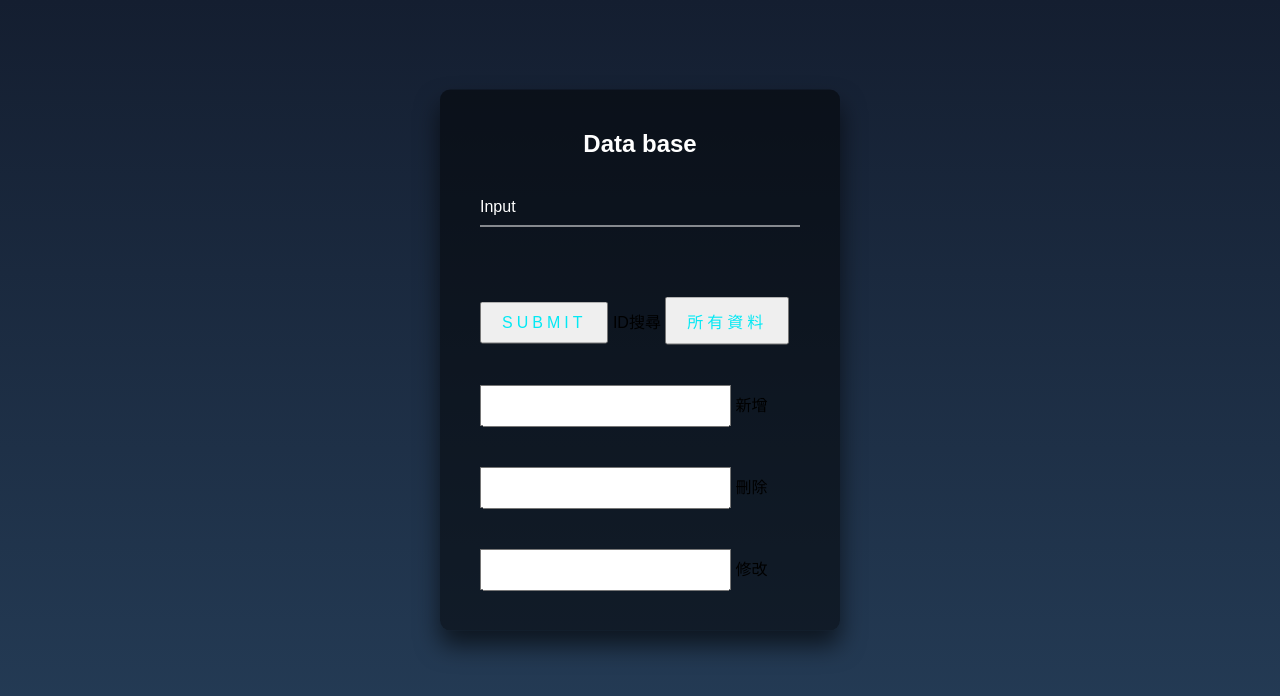
Repository: Ray917x/JaveEEforProject
Page: JSP/src/main/webapp/project/MainPageCSS.html
An editor plug-in stored every save of this project. The page is shown before and after the next save, followed by the edit.
The browser window is 1280 px wide. The pictures show the whole page.

Above is the page before, as saved 2022-09-14 08:19:05.

After the next save:
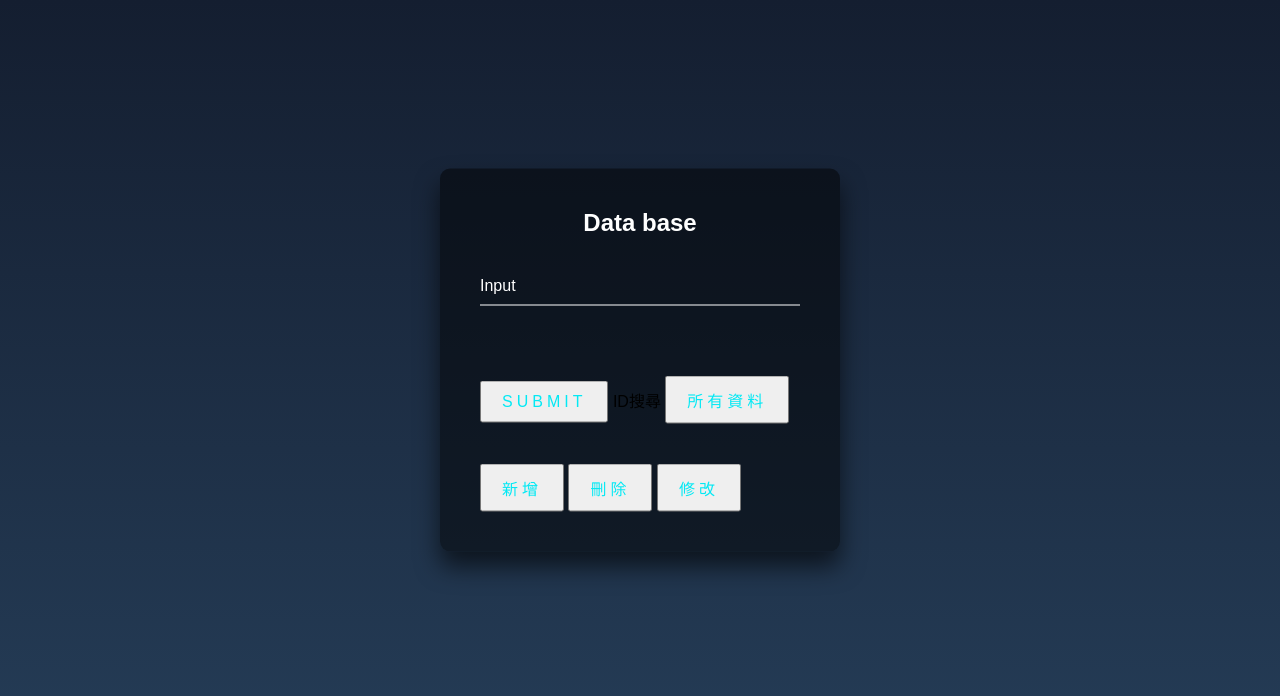
Saved 49 s later.
--- a/JSP/src/main/webapp/project/MainPageCSS.html
+++ b/JSP/src/main/webapp/project/MainPageCSS.html
@@ -228,23 +228,23 @@ bottom
 			<span></span>
 			<span></span> 所有資料</button>
 
-			<input class="button" formaction="AnimalCreate.html">
-			<span></span>
-			<span></span>
-			<span></span>
-			<span></span> 新增</input>
-
-			<input class="button" formaction="/JSP/AnimalDelete">
-			<span></span>
-			<span></span>
-			<span></span>
-			<span></span> 刪除</input>
-
-			<input class="button" formaction="/JSP/AnimalGetUpdateJSTL">
-			<span></span>
-			<span></span>
-			<span></span>
-			<span></span> 修改</input>
+			<button class="button" formaction="AnimalCreate.html">
+			<span></span>
+			<span></span>
+			<span></span>
+			<span></span> 新增</button>
+
+			<button class="button" formaction="/JSP/AnimalDelete">
+			<span></span>
+			<span></span>
+			<span></span>
+			<span></span> 刪除</button>
+
+			<button class="button" formaction="/JSP/AnimalGetUpdateJSTL">
+			<span></span>
+			<span></span>
+			<span></span>
+			<span></span> 修改</button>
 		</form>
 	</div>
 </body>
